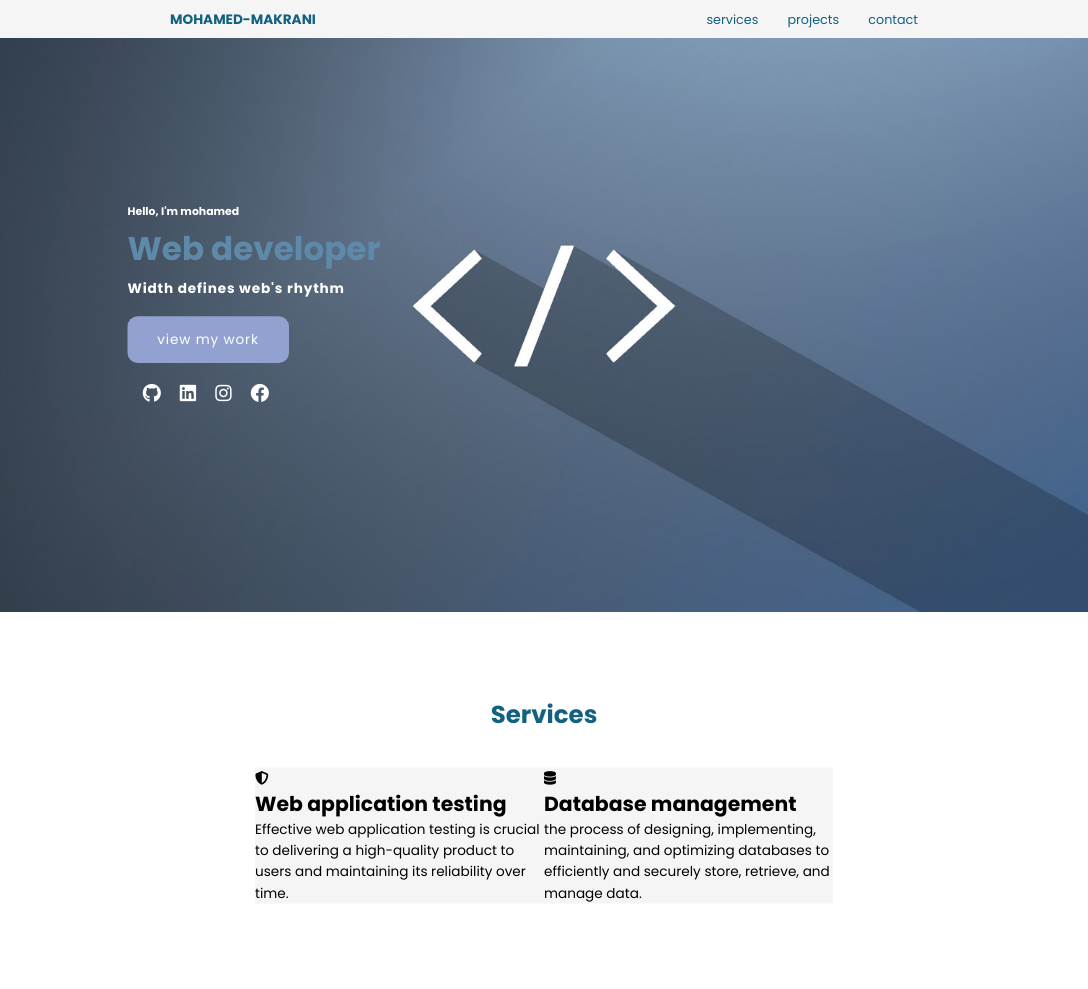
Repository: mohamed-makrani/Portfolio
Page: indixe.html
The author's editor kept a copy of each file at every save. The page is drawn from the files as they stood at one save, then again after the next save.
The browser window is 1280 px wide. The pictures show the whole page, at 85% of full size.
Backgrounds fixed to the window are drawn as part of the page.

Above is the page before, as saved 2023-09-16 20:07:59.

### indixe.html
<!DOCTYPE html>
<html lang="en">
<head>
    <meta charset="UTF-8">
    <meta name="descreption" content="makrani-mohamed/portfilio"/>
    <title>Mohamed-makrani</title>
    <link rel="stylesheet" href="https://cdnjs.cloudflare.com/ajax/libs/font-awesome/6.4.2/css/all.min.css"/>
    <link  rel="stylesheet" href="style.css" />
</head>
<body>
    <header>
        <a class="logo" href="#" >Mohamed-makrani</a>
        <nav class="navigation">
            <a href="#services" >services</a>
            <a href="#" > projects</a>
            <a href="#"> contact </a>

        </nav>
    </header>
    <section class="main">
        <div>
            <h6>Hello, I'm mohamed </h6>
            <h1>Web developer</h1>
            <h4>Width defines web's rhythm</h4>
        <a href="#" class="main-button">view my work</a>
        <div class="social-media">
            <a href="#" ><i class="fa-brands fa-github"></i></a>
            <a href="#" ><i class="fa-brands fa-linkedin"></i></a>
            <a href="#"><i class="fa-brands fa-instagram"></i></a>
            <a href="#"><i class="fa-brands fa-facebook"></i></a>
        </div>
        </div>
    </section>
    <section class="cards" id="services" >
        <h2 class="title">Services</h2>
        <div class="content" >
            <div class="card">
                <div class="icon"><i class="fa-solid fa-shield-halved"></i></div>
                <div class="info">
                    <h2>Web application testing</h2>
                    <p>Effective web application testing is crucial to delivering a high-quality product to users and maintaining its reliability over time.</p>
                </div>
            </div>
            <div class="card">
                <div class="icon"><i class="fa-solid fa-database"></i></div>
                <div class="info">
                    <h2>Database management</h2>
                    <p>the process of designing, implementing, maintaining, and optimizing databases to efficiently and securely store, retrieve, and manage data.</p>
                </div>
            </div>







        </div>
    </section>





</body>
</html>

### style.css
@import url('https://fonts.googleapis.com/css2?family=Poppins:ital,wght@0,200;0,300;0,400;0,500;0,600;0,700;0,800;0,900;1,100;1,200;1,300;1,400;1,500;1,600;1,700;1,800;1,900&display=swap');

*{

    font-family: 'Poppins', sans-serif;
    margin: 0;
    padding: 0;
    box-sizing: border-box;
    scroll-behavior: smooth;
}
 header{

    background-color: #f5f5f5;
    width: 100%;
    position: fixed;
    display: flex;
    z-index: 999;
    justify-content: space-between;
    align-items: center;
    padding: 10px 200px;

 }
 .logo {
    /* default is 16 px */

    text-decoration: none;
    font-size: 16px;
    color: #126180;
    text-transform: uppercase;
    font-weight: 700;
 }
 .navigation a{
    color: #126180;
    font-size: 15px;
    font-weight: 600px;
    text-decoration: none;
    padding-left:  30px;

 }
.navigation a:hover {

color: rgb(83, 15, 146);
}
 section {

   padding: 100px 150px;
 }
 .main{

   width: 100%;
   min-height: 100vh;
   display: flex;
   align-items: center;
   background:url(backround.jpg) no-repeat;
   background-size: cover;
   background-position:center ;
   background-attachment: fixed;

 }
 .main h6 {

   color: white;
   font-weight:500px ;
   font-size: 0.8em;


 }

 .main h1 {

   color:#5d8aa8 ;
   font-size: 2.4em;
   font-weight: 500px;
   margin-top: 6px;
 }
 .main h4 {

   color: white;
   font-size: 1em;
   font-weight: 500px;
   margin-top: 6px;
   margin-bottom: 20px;
   letter-spacing:1px;
 }
.main-button {

color : white;
text-decoration: none;
background-color: #92a1cf;
letter-spacing : 1px;
font-size: 1em;
font-weight: 600px;
display: inline-block;
padding: 0.935em 2.187em;
border-radius: 12px;
margin-bottom: 20px;
transition: 0.7s ease;

}
.main-button :hover{
   background-color:#545aa7;
   transform: scale(1.1);
}
.social-media a{

   color: white;
   font-size: 22px;
   padding-left: 18px;

}

.title {

   display: flex;
   justify-content: center;
   color:#126180;
   font-size:1.8em ;
   font-weight: 700px;
   margin-bottom: 40px;
}
.content{
   display: flex;
   justify-content: center;
   flex-direction: row;
   flex-wrap: wrap;
}
.card {
   background-color:#f5f5f5;
   width:21.25em;
}

After the next save:
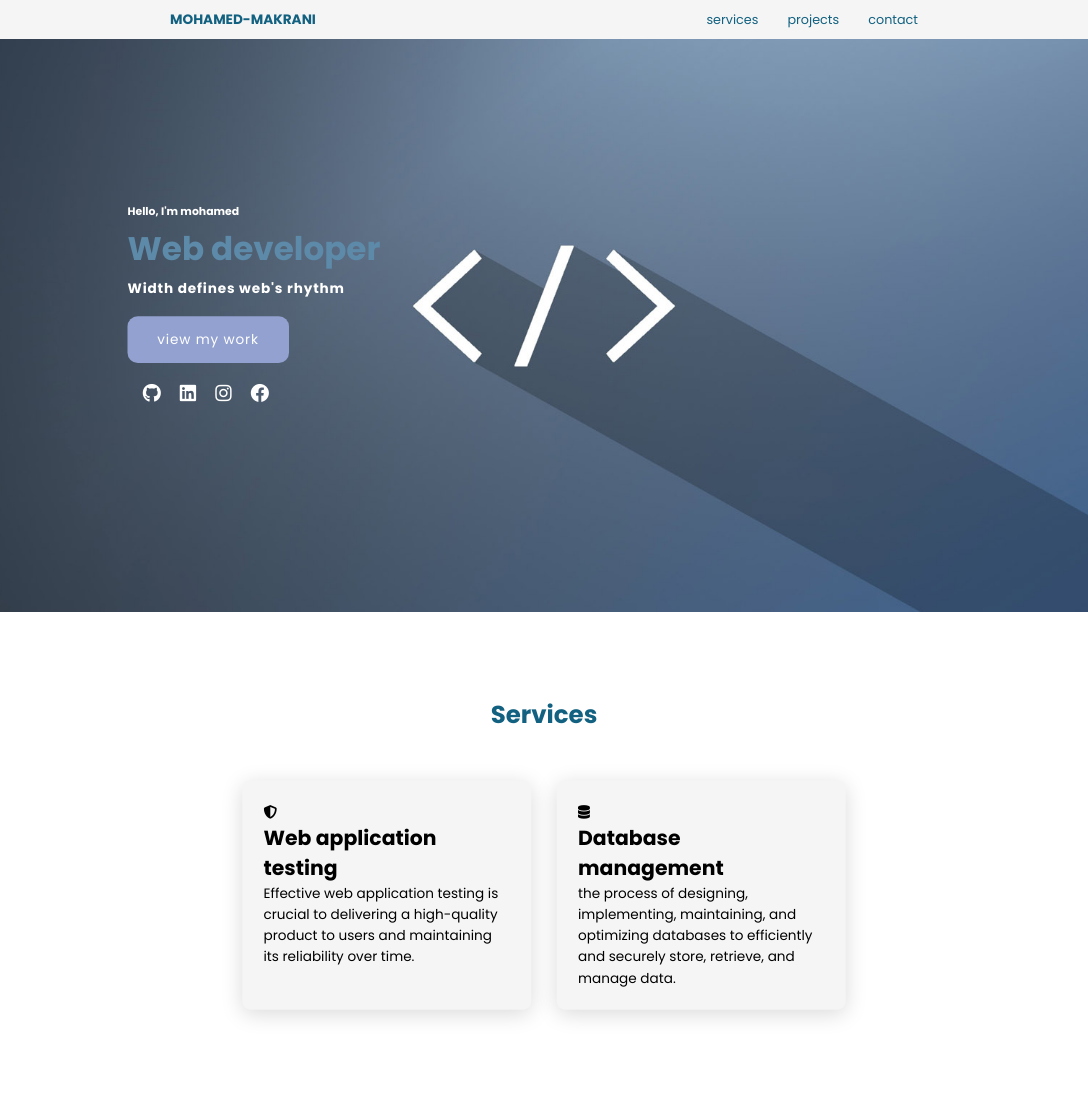
Saved 2 min 35 s later.
--- a/style.css
+++ b/style.css
@@ -127,4 +127,8 @@ transition: 0.7s ease;
 .card {
    background-color:#f5f5f5;
    width:21.25em;
+   box-shadow: 0 5px 25px rgba(1 1 1 /15%);
+    border-radius: 10px;
+    padding: 25px;
+    margin: 15px;
 }
